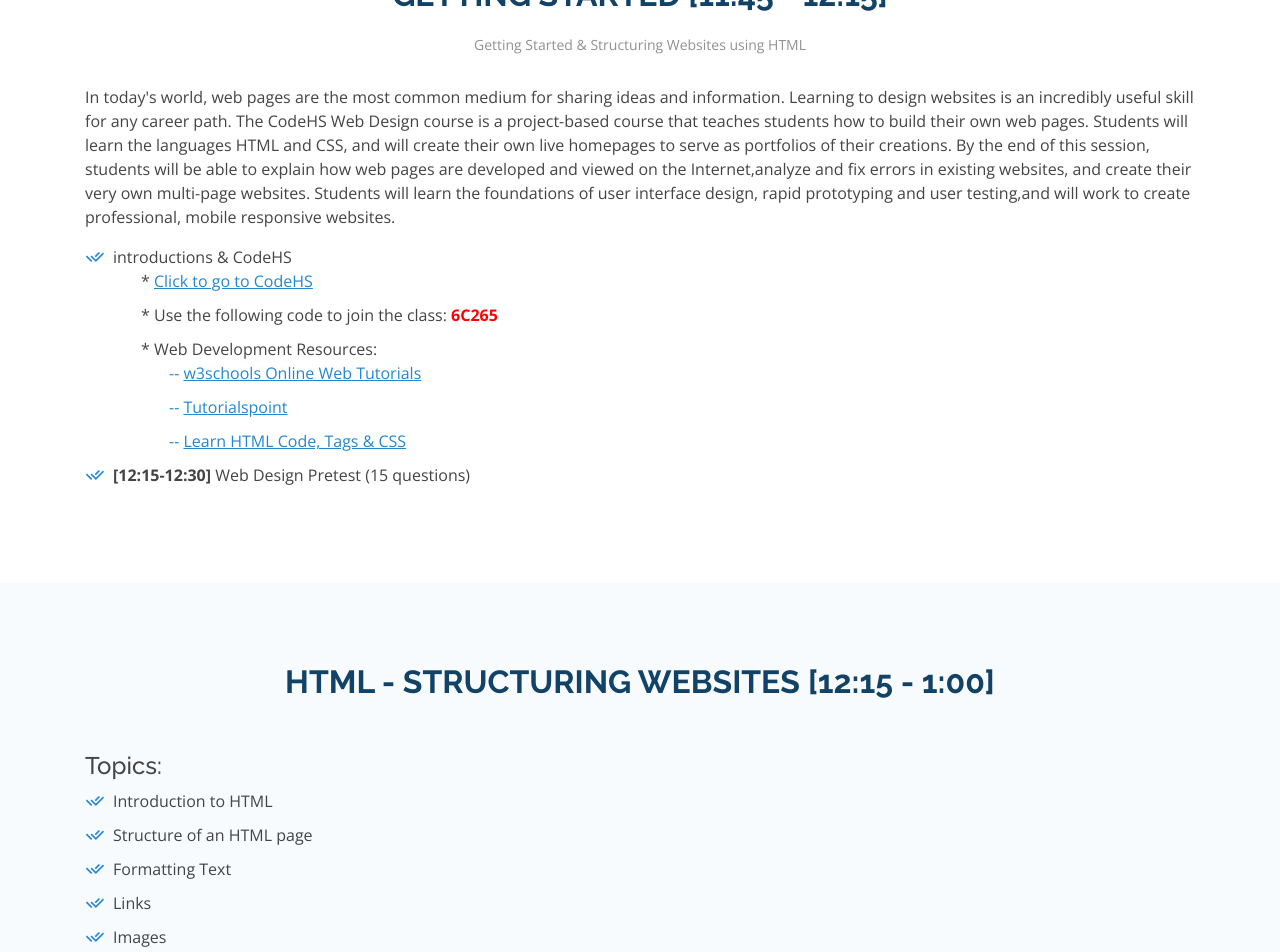
Repository: cchatmon/BMIT-Program
Page: BMIT_OnePage/index.html
The author's editor kept a record of every edit. The page is drawn from the files as they stood at one moment, then again after the next edit.
The browser window is 1280 px wide. The pictures show the part of the page from y = 392 to 1344 px (the page is 3418 px tall).
Backgrounds fixed to the window are drawn as part of the page.

Above is the page before.

### BMIT_OnePage/index.html
<!DOCTYPE html>
<html lang="en">

<head>
  <meta charset="utf-8">
  <meta content="width=device-width, initial-scale=1.0" name="viewport">

  <title>FSU BMIT Program</title>
  <meta content="" name="descriptison">
  <meta content="" name="keywords">

  <!-- Favicons -->
  <link href="assets/img/favicon.png" rel="icon">
  <link href="assets/img/apple-touch-icon.png" rel="apple-touch-icon">

  <!-- Google Fonts -->
  <link href="https://fonts.googleapis.com/css?family=Open+Sans:300,300i,400,400i,600,600i,700,700i|Raleway:300,300i,400,400i,500,500i,600,600i,700,700i|Poppins:300,300i,400,400i,500,500i,600,600i,700,700i" rel="stylesheet">

  <!-- Vendor CSS Files -->
  <link href="assets/vendor/bootstrap/css/bootstrap.min.css" rel="stylesheet">
  <link href="assets/vendor/icofont/icofont.min.css" rel="stylesheet">
  <link href="assets/vendor/boxicons/css/boxicons.min.css" rel="stylesheet">
  <link href="assets/vendor/remixicon/remixicon.css" rel="stylesheet">
  <link href="assets/vendor/venobox/venobox.css" rel="stylesheet">
  <link href="assets/vendor/owl.carousel/assets/owl.carousel.min.css" rel="stylesheet">
  <link href="assets/vendor/aos/aos.css" rel="stylesheet">

  <!-- Template Main CSS File -->
  <link href="assets/css/style.css" rel="stylesheet">

  <!-- =======================================================
  * Template Name: OnePage - v2.0.0
  * Template URL: https://bootstrapmade.com/onepage-multipurpose-bootstrap-template/
  * Author: BootstrapMade.com
  * License: https://bootstrapmade.com/license/
  ======================================================== -->
</head>

<body>

  <!-- ======= Header ======= -->
  <header id="header" class="fixed-top">
    <div class="container d-flex align-items-center">

      <h1 class="logo mr-auto"><a href="index.html">FSU BMIT Program</a></h1>
      <!-- Uncomment below if you prefer to use an image logo -->
      <!-- <a href="index.html" class="logo mr-auto"><img src="assets/img/logo.png" alt="" class="img-fluid"></a>-->

      <nav class="nav-menu d-none d-lg-block">
        <ul>
          <li><a href="#getStarted">Getting Started</a></li>
          <li><a href="#htmlStructure">HTML - Structuring Websites</a></li>
          <li><a href="#cssStyling">CSS - Styling Websites</a></li>
          <li><a href="#advanceHTML">Advance HTML & CSS</a></li>
          <li><a href="#userInterface">Designing User Interfaces</a></li>
          <li><a href="#finalProject">Final Project</a></li>
        </ul>
      </nav><!-- .nav-menu -->
    </div>
  </header><!-- End Header -->

  <!-- ======= Hero Section ======= -->
  <section id="hero" class="d-flex align-items-center">
    <div class="container position-relative" data-aos="fade-up" data-aos-delay="100">
      <div class="row justify-content-center">
        <div class="col-xl-7 col-lg-9 text-center">
          <h1>BMIT Web Design Training</h1>
          <h2>Instructor:  Christy Chatmon</h2>
        </div>
      </div>
      </div>
  </section><!-- End Hero -->

  <main id="main">

    <!-- ======= Get Started ======= -->
    <section id="getStarted" class="about">
      <div class="container" data-aos="fade-up">

        <div class="section-title">
          <h2>Getting Started [11:45 - 12:15]</h2>
          <p>Getting Started & Structuring Websites using HTML </p>
        </div>

        <div class="row content">
          <div class="col-lg-12">
            <p>In today's world, web pages are the most common medium for sharing ideas and information.  Learning to design websites is an incredibly useful skill for any career path. The CodeHS Web Design course is a project-based course that teaches students how to build their own web pages. Students will learn the languages HTML and CSS, and will create their own live homepages to serve as portfolios of their creations. By the end of this session, students will be able to explain how web pages are developed and viewed on the Internet,analyze and fix errors in existing websites, and create their very own multi-page websites.  Students will learn the foundations of user interface design, rapid prototyping and user testing,and will work to create professional, mobile responsive websites.
            </p>
            <ul>
              <li><i class="ri-check-double-line"></i>introductions & CodeHS
                  <ul>
                    <li>* <a href="https://codehs.com/go/6C265"><u>Click to go to CodeHS</u></a></li>
                    <li>* Use the following code to join the class:  <b style="color:red;">6C265</b></li>
                    <li>* Web Development Resources:
                          <ul>
                            <li><a href="https://www.w3schools.com/">-- <u>w3schools Online Web Tutorials</u></a></li>
                            <li><a href="https://www.tutorialspoint.com/html/index.htm">-- <u>Tutorialspoint</u></a></li>
                            <li><a href="https://html.com/">-- <u>Learn HTML Code, Tags & CSS</u></a></li>
                          </ul>
                    </li>
                  </ul>
              </li>

              <li><i class="ri-check-double-line"></i><b>[12:15-12:30]</b> Web Design Pretest (15 questions)</li>


            </ul>
          </div>
        </div>
      </div>
    </section>    <!-- =======END Get Started ======= -->


    <!-- ======= HTML Structure ======= -->
    <section id="htmlStructure" class="services section-bg">
      <div class="container" data-aos="fade-up">

        <div class="section-title">
          <h2>HTML - Structuring Websites [12:15 - 1:00]</h2>
        </div>


        <div class="row content">
          <div class="col-lg-12">

            <h4>Topics:</h4>
            <ul>
                  <ul>
                    <li><i class="ri-check-double-line"></i> Introduction to HTML </li>
                    <li><i class="ri-check-double-line"></i> Structure of an HTML page </li>
                    <li><i class="ri-check-double-line"></i> Formatting Text </li>
                    <li><i class="ri-check-double-line"></i> Links </li>
                    <li><i class="ri-check-double-line"></i> Images </li>
                    <li><i class="ri-check-double-line"></i> Copyright </li>
                    <li><i class="ri-check-double-line"></i> HTML Lists </li>
                    <li><i class="ri-check-double-line"></i> HTML Styling </li>
                  </ul>
                </li>
            </ul>
          </div>
        </div>
      </div>
    </section>    <!-- ======= END HTML Structure ======= -->

    <!-- ======= CSS Styling ======= -->
    <section id="cssStyling" class="portfolio">
      <div class="container" data-aos="fade-up">

        <div class="section-title">
          <h2>CSS - Styling Websites [1:00 - 1:45]</h2>
        </div>


        <div class="row content">
          <div class="col-lg-12">

           <h4>Topics:</h4>
            <ul>
                  <ul>
                    <li><i class="ri-check-double-line"></i> Introduction to CSS</li>
                    <li><i class="ri-check-double-line"></i> CSS Select by Tag</li>
                    <li><i class="ri-check-double-line"></i> CSS Select by Class</li>
                    <li><i class="ri-check-double-line"></i> CSS Select by ID</li>
                    <li><i class="ri-check-double-line"></i> The Cascade</li>
                  </ul>

            </ul>
          </div>
        </div>
      </div>
    </section>    <!-- ======= END CSS Styling ======= -->

    <!-- ======= Advance HTML & CSS ======= -->
    <section id="advanceHTML" class="team section-bg">
      <div class="container" data-aos="fade-up">

        <div class="section-title">
          <h2>Advanced HTML & CSS [1:45 - 2:15]</h2>
        </div>


        <div class="row content">
          <div class="col-lg-12">

            <h4>Topics:</h4>

            <ul>
            <ul>
                  <ul>
                    <li><i class="ri-check-double-line"></i> Multi-file websites</li>
                    <li><i class="ri-check-double-line"></i> Embedding iframes</li>
                    <li><i class="ri-check-double-line"></i> Divs</li>
                    <li><i class="ri-check-double-line"></i> Spans</li>
                    <li><i class="ri-check-double-line"></i> Combining CSS Selectors</li>
                  </ul>

            </ul>
          </div>
        </div>
      </div>
    </section>    <!-- ======= END Advance HTML & CSS ======= -->

        <!-- ======= Designing User Interfaces ======= -->
    <section id="userInterface" class="about">
      <div class="container" data-aos="fade-up">

        <div class="section-title">
          <h2>Designing User Interfaces (Optional)</h2>
        </div>


        <div class="row content">
          <div class="col-lg-12">

            <h4>Topics:</h4>

            <ul>
                  <ul>
                    <li><i class="ri-check-double-line"></i> Design Thinking</li>
                    <li><i class="ri-check-double-line"></i> Empathy</li>
                    <li><i class="ri-check-double-line"></i> Define</li>
                    <li><i class="ri-check-double-line"></i> Ideate</li>
                    <li><i class="ri-check-double-line"></i> Prototype</li>
                    <li><i class="ri-check-double-line"></i> Test</li>
                  </ul>

            </ul>
          </div>
        </div>
      </div>
    </section><!-- ======= END Designing User Interfaces ======= -->

    <!-- ======= Final Project ======= -->
    <section id="finalProject" class="team section-bg">
      <div class="container" data-aos="fade-up">

        <div class="section-title">
          <h2>Final Project [2:15 - 2:30]</h2>
        </div>


        <div class="row content">
          <div class="col-lg-12">

           <h4>Topics:</h4>

            <ul>
               <li><i class="ri-check-double-line"></i> Web Design Posttest</li>

              <li><i class="ri-check-double-line"></i> Revise & Test Final Projects (Help Session)
                </li>

                <li><i class="ri-check-double-line"></i> Day #4 Review
              </li>

            </ul>
          </div>
        </div>
      </div>
    </section> <!-- ======= END Final Project ======= -->


  </main><!-- End #main -->

  <!-- ======= Footer ======= -->
  <footer id="footer">

    <div class="container d-md-flex py-4">

      <div class="mr-md-auto text-center text-md-left">
        <div class="copyright">
          &copy; Copyright <strong><span>FSU BMIT Program 2022</span></strong>. All Rights Reserved
        </div>

  </footer><!-- End Footer -->

  <a href="#" class="back-to-top"><i class="ri-arrow-up-line"></i></a>
  <div id="preloader"></div>

  <!-- Vendor JS Files -->
  <script src="assets/vendor/jquery/jquery.min.js"></script>
  <script src="assets/vendor/bootstrap/js/bootstrap.bundle.min.js"></script>
  <script src="assets/vendor/jquery.easing/jquery.easing.min.js"></script>
  <script src="assets/vendor/php-email-form/validate.js"></script>
  <script src="assets/vendor/waypoints/jquery.waypoints.min.js"></script>
  <script src="assets/vendor/counterup/counterup.min.js"></script>
  <script src="assets/vendor/venobox/venobox.min.js"></script>
  <script src="assets/vendor/owl.carousel/owl.carousel.min.js"></script>
  <script src="assets/vendor/isotope-layout/isotope.pkgd.min.js"></script>
  <script src="assets/vendor/aos/aos.js"></script>

  <!-- Template Main JS File -->
  <script src="assets/js/main.js"></script>

</body>

</html>

Loaded but not shown: BMIT_OnePage/assets/vendor/bootstrap/css/bootstrap.min.css (library); BMIT_OnePage/assets/vendor/icofont/icofont.min.css (library); BMIT_OnePage/assets/vendor/boxicons/css/boxicons.min.css (library); BMIT_OnePage/assets/vendor/remixicon/remixicon.css (library); BMIT_OnePage/assets/vendor/venobox/venobox.css (library); BMIT_OnePage/assets/vendor/owl.carousel/assets/owl.carousel.min.css (library); BMIT_OnePage/assets/vendor/aos/aos.css (library); BMIT_OnePage/assets/vendor/jquery/jquery.min.js (library); BMIT_OnePage/assets/vendor/bootstrap/js/bootstrap.bundle.min.js (library); BMIT_OnePage/assets/vendor/jquery.easing/jquery.easing.min.js (common file); BMIT_OnePage/assets/vendor/php-email-form/validate.js (library); BMIT_OnePage/assets/vendor/waypoints/jquery.waypoints.min.js (library); BMIT_OnePage/assets/vendor/counterup/counterup.min.js (common file); BMIT_OnePage/assets/vendor/venobox/venobox.min.js (library); BMIT_OnePage/assets/vendor/owl.carousel/owl.carousel.min.js (library); BMIT_OnePage/assets/vendor/isotope-layout/isotope.pkgd.min.js (library); BMIT_OnePage/assets/vendor/aos/aos.js (library); BMIT_OnePage/assets/js/main.js (207 lines, source omitted); BMIT_OnePage/assets/css/style.css (2029 lines, source omitted)

After the next edit:
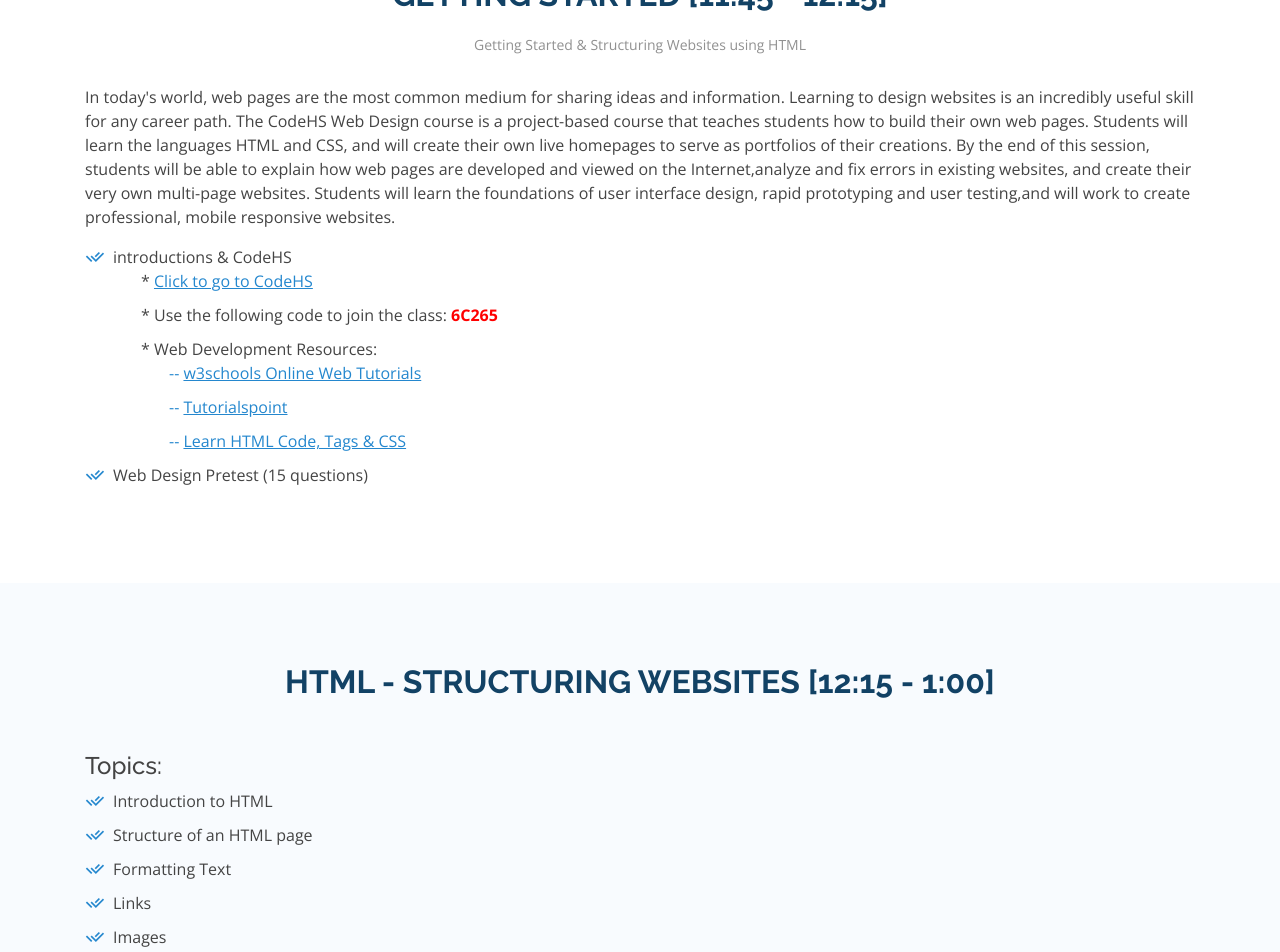
The edit:
--- a/BMIT_OnePage/index.html
+++ b/BMIT_OnePage/index.html
@@ -101,7 +101,7 @@
                   </ul>
               </li>
 
-              <li><i class="ri-check-double-line"></i><b>[12:15-12:30]</b> Web Design Pretest (15 questions)</li>
+              <li><i class="ri-check-double-line"></i>Web Design Pretest (15 questions)</li>
 
 
             </ul>
